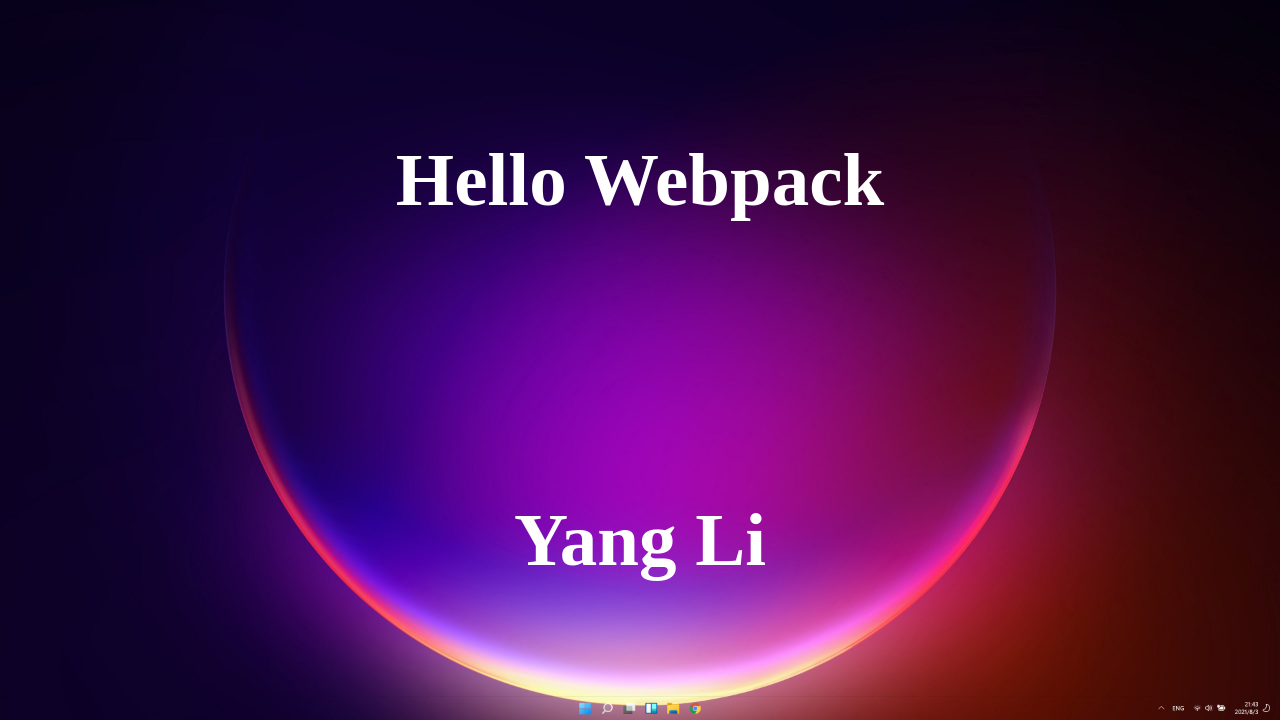
Repository: ErosHai/Home
Page: / (app in vscode/webpack/)
The author's editor kept a copy of each file at every save. The page is drawn from the files as they stood at one save, then again after the next save.
The browser window is 1280 px wide. The pictures show the whole page.
The project was rebuilt for these pictures with package versions that can differ from the ones it lists, and the page was loaded fresh each time. Also part of the build but not shown: vscode/webpack/webpack.config.js.

Above is the page before, as saved 2021-08-31 17:04:02.

After the next save:
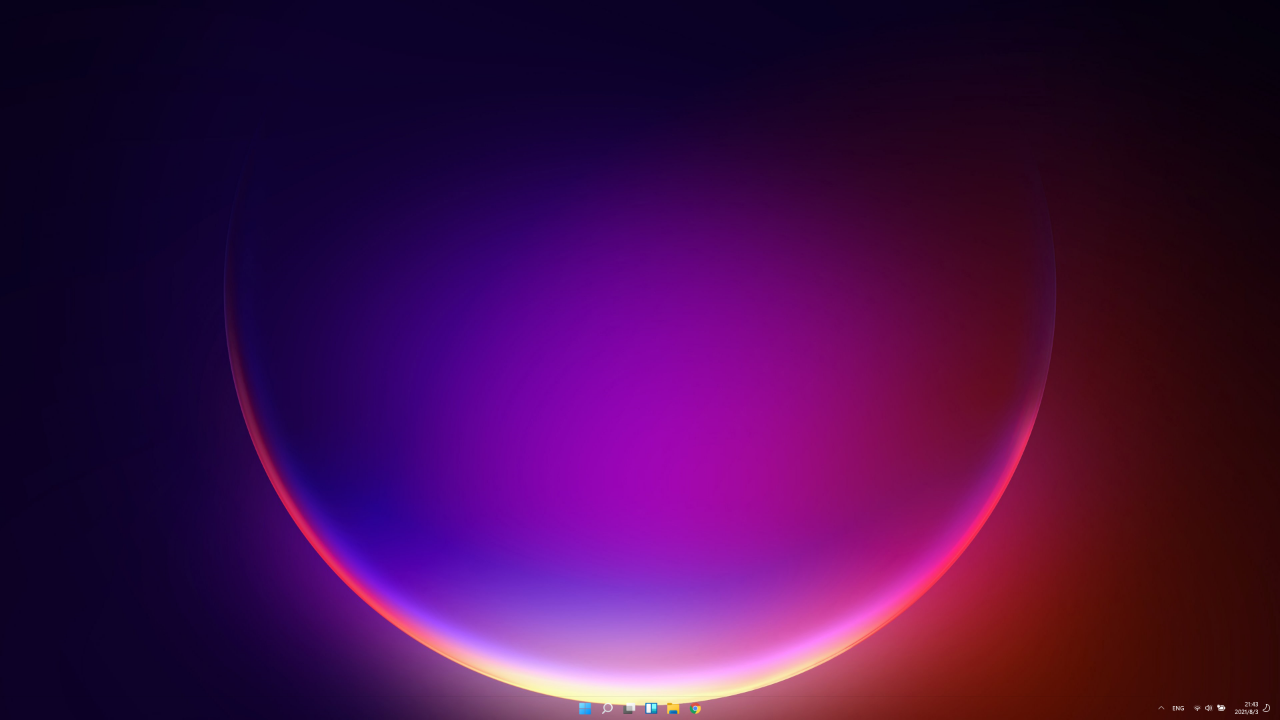
Saved 14 s later.
--- a/vscode/webpack/main.js
+++ b/vscode/webpack/main.js
@@ -11,18 +11,7 @@ require('./src/css/less.less')
 require('./src/img/windows11.png')
 
 const App = {
-  template:`
-    <div>
-      <h2> {{ msg }}</h2>
-      <h2> {{ name }}</h2>
-    </div>
-  `,
-  data(){
-    return {
-      msg: 'Hello Webpack',
-      name: 'Yang Li'
-    }
-  }
+
 }
 
 const vm = new Vue({
